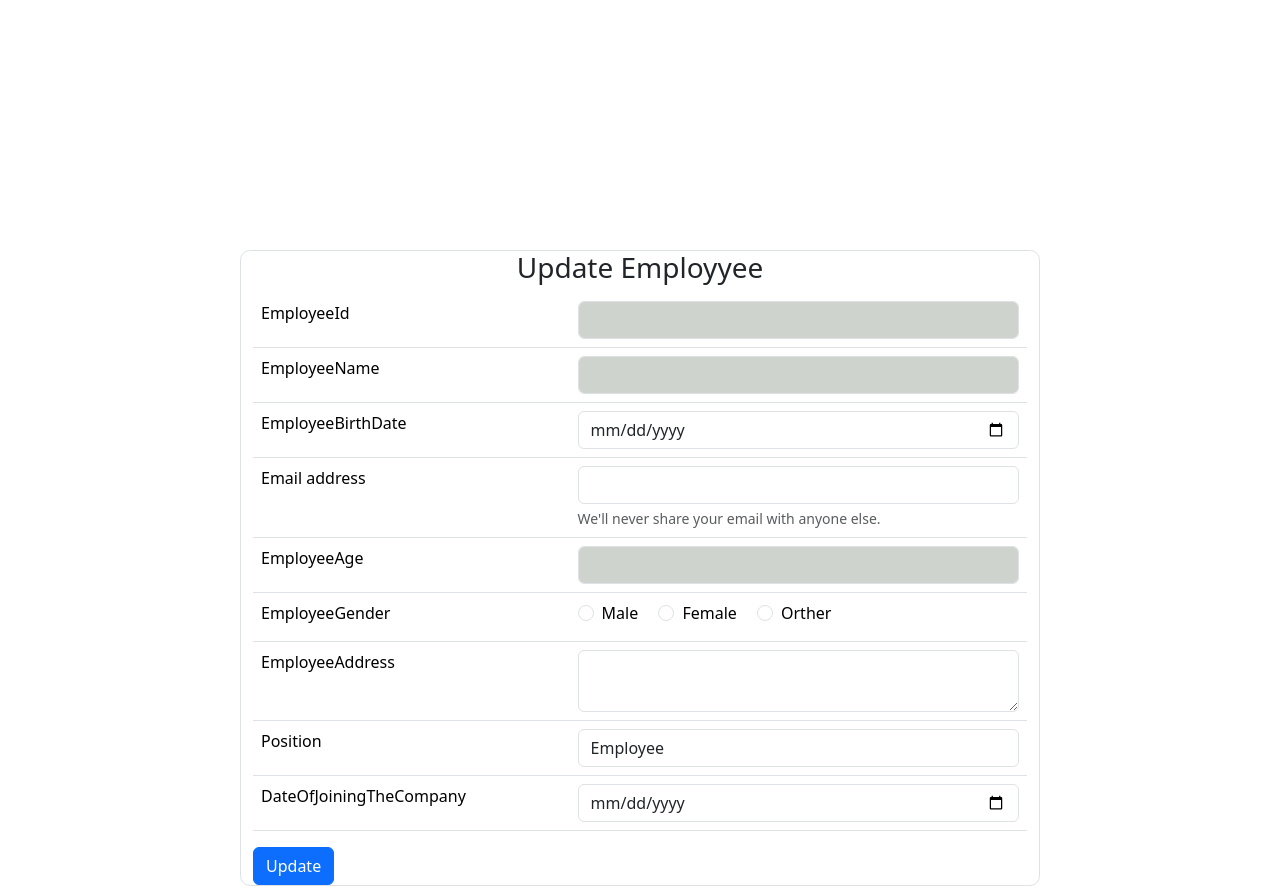
Repository: tranhuuan1703/BaiTapServlet
Page: http://localhost/bai_tap_jsp_servlet/views/Edit.jsp
An editor plug-in stored every save of this project. The page is shown before and after the next save, followed by the edit.
The browser window is 1280 px wide. The pictures show the whole page.
Some web libraries are served in a nearby version. The page is served by Tomcat 9.

Above is the page before, as saved 2024-08-14 07:05:04.

After the next save:
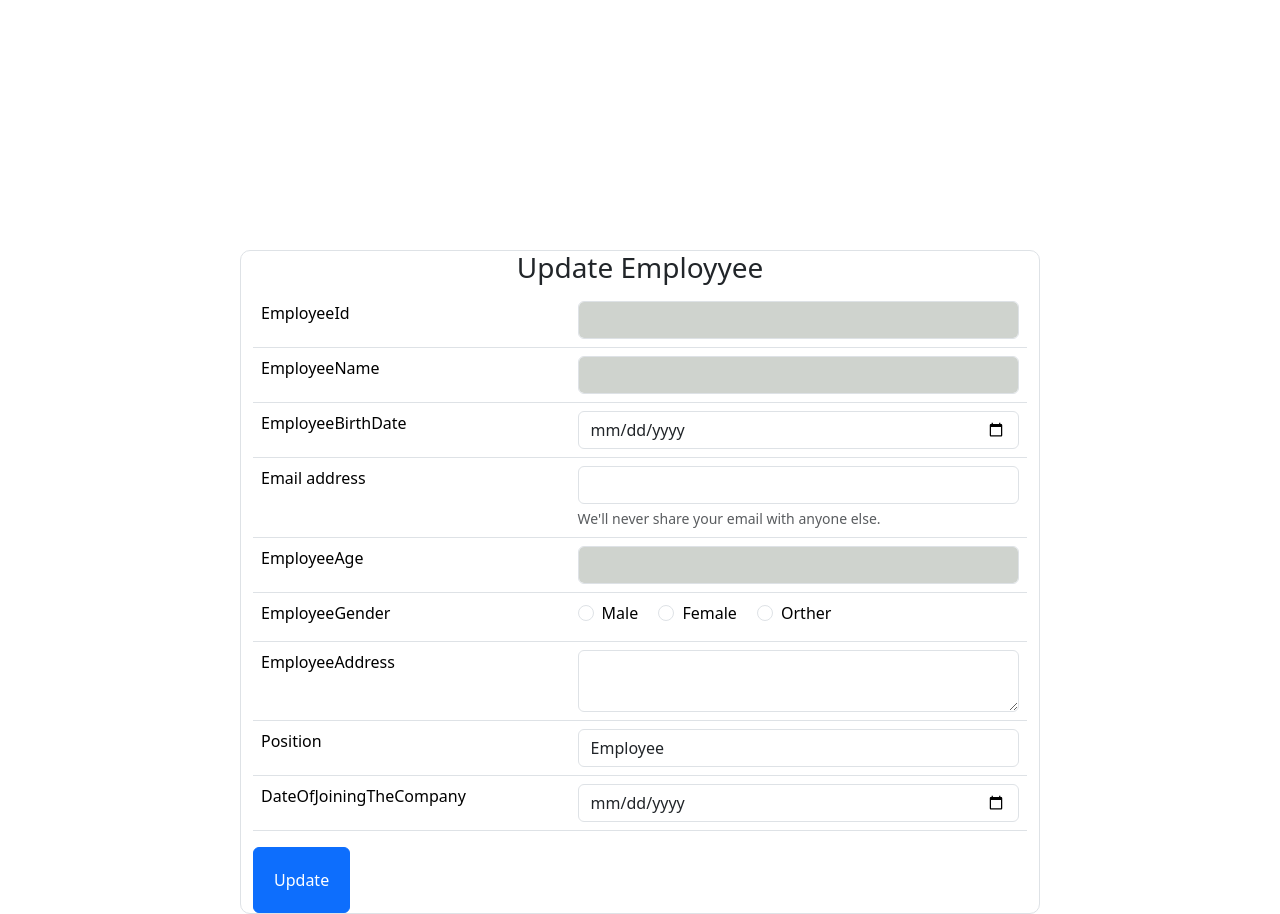
Saved 42 s later.
--- a/bai_tap_jsp_servlet/bai_tap_jsp_servlet/src/main/webapp/views/Edit.jsp
+++ b/bai_tap_jsp_servlet/bai_tap_jsp_servlet/src/main/webapp/views/Edit.jsp
@@ -102,7 +102,7 @@
                   </td>
                </tr>
             </table>
-            <button type="submit" class="btn btn-primary">Update</button>
+            <button type="submit" class="btn btn-primary" style="padding:20px;">Update</button>
          </form>
       </div>
    </body>
